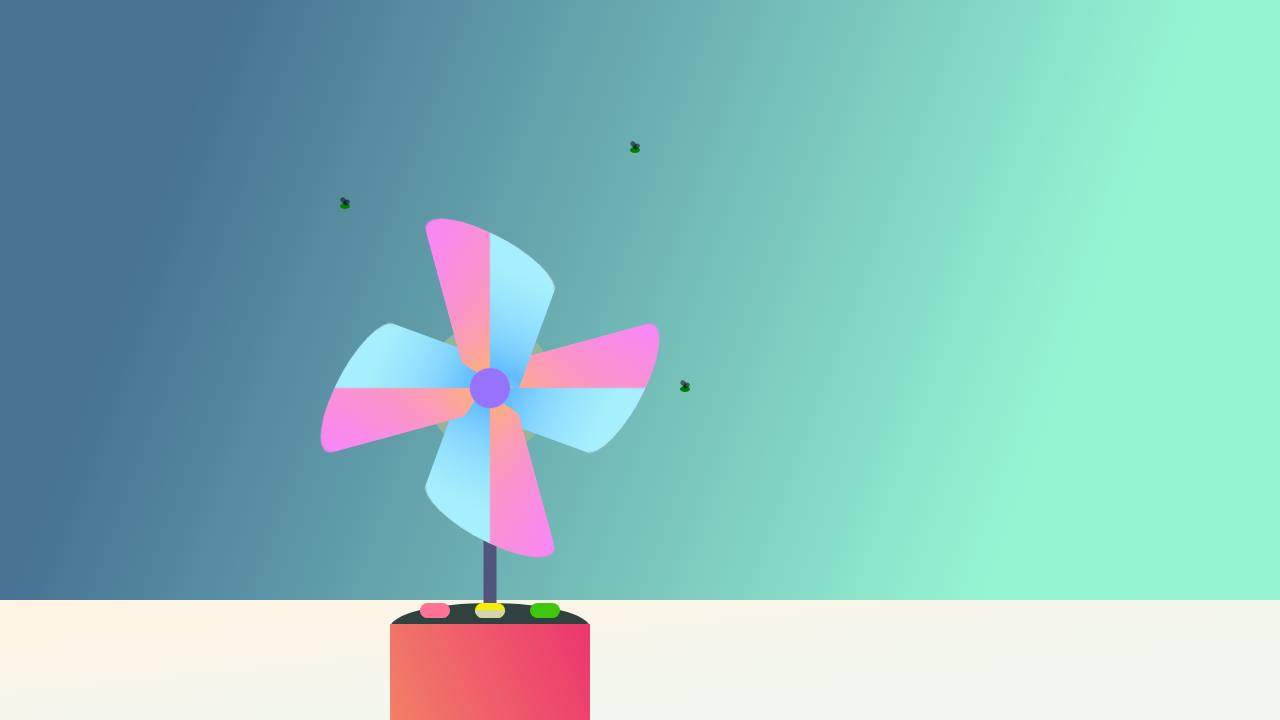
Repository: VuTuanAnh0949/CodeFan
Page: dsd.html
An editor plug-in stored every save of this project. The page is shown before and after the next save, followed by the edit.
The browser window is 1280 px wide. The pictures show the whole page.

Above is the page before, as saved 2022-06-22 12:49:58.

### dsd.html
<!DOCTYPE html>
<html lang="en">
<head>
    <meta charset="UTF-8">
    <meta http-equiv="X-UA-Compatible" content="IE=edge">
    <meta name="viewport" content="width=device-width, initial-scale=1.0">
    <title>Document</title>
    <link rel="stylesheet" href="style.css">
</head>
<body>
    <audio  autoplay>
        <source src="ChillTikTok.mp3" type="audio/mpeg">
      </audio>
    <div class="windows">
        <div class="window"></div>

    </div>
    <div class="fan">
        <div class="fan__root"> <span class="top"> <label class="green" for="engine"></label> <label class="yellow"
                    for="engine2"></label> <label class="pink" for="jack"></label> </span> <span class="bottom"></span>
        </div>
        <div class="fan__staddle"></div> <input type="checkbox" id="jack" hidden />
        <div class="head">
            <div class="fan__engine"> <span class="center"></span> </div> <input type="checkbox" id="engine" hidden
                checked />
            <div> <span class="fly"></span> <span class="fly"></span> <span class="fly"></span>
                <div class="fan__blades"> <input type="checkbox" id="engine2" hidden checked />
                    <div class="fan__blades">
                        <div class="center"></div>
                        <div class="blade"><span></span></div>
                        <div class="blade"><span></span></div>
                        <div class="blade"><span></span></div>
                        <div class="blade"><span></span></div>
                    </div>
                </div>
            </div>
        </div>
    </div>

</body>
</html>

### style.css
html {
    overflow: hidden;
}

body {
    overflow: hidden;
    margin: 0;
    padding: 0;
    background-image: linear-gradient( 110.5deg,  rgba(71,114,148,1) 14.9%, rgba(149,245,211,1) 77.9% );
    display: flex;
    justify-content: center;
    align-items: center;
    width: 100vw;
    height: 100vh;
    position: relative;
}
audio{
    z-index: 10;
   padding-right:100px;
    margin-right: 40px;
}
body::after {
    position: absolute;
    width: 100%;
    content: "";
    height: calc(100% - 600px);
    z-index: 0;
    background-image: linear-gradient( 174.2deg,  rgba(255,244,228,1) 7.1%, rgba(240,246,238,1) 67.4% );
    bottom: 0;
}
@keyframes spin {
    from {
        transform: rotate(0deg);
    }

    to {
        transform: rotate(360deg);
    }
}

@keyframes off {
    to {
        transform: rotate(380deg);
    }
}

@keyframes off2 {
    to {
        transform: rotate(880deg);
    }
}

@keyframes fly {
    to {
        margin-top: 50px;
    }
}

span {
    display: block;
}

.windows {
    width: 100vw;
    height: 100vh;
    position: absolute;
    z-index: 0;
    top: 0;
    left: 0;
    display: flex;
    align-content: flex-start;
}


.fly {
    transition: 0.5s all cubic-bezier(0.04, 0.06, 0, 1.18), 1s transform;
    width: 10px;
    height: 6px;
    background: green;
    border-radius: 50%;
    position: absolute;
    animation: fly 5s alternate infinite ease-in-out;
}

.fly:nth-of-type(1) {
    top: -78px;
    left: -200px;
}

.fly:nth-of-type(2) {
    transform: translateY(-10px);
    animation-delay: 4s;
    top: 5px;
    right: -250px;
}

.fly:nth-of-type(3) {
    transform: translateY(0px);
    top: 400px;
    animation-delay: 2s;
    right: -400px;
}

.fly::after,
.fly::before {
    content: "";
    position: absolute;
    width: 7px;
    height: 5px;
    background-color: rgba(0, 0, 0, 0.5);
    display: block;
    border-radius: 50%;
}

.fly::before {
    bottom: 4px;
    transform: rotate(325deg);
    left: 3px;
}

.fly::after {
    transform: rotate(45deg);
    bottom: 6px;
}

.fan {
    width: 500px;
    height: 500px;
    position: relative;
    z-index: 1;
    margin-top: 75px;
    perspective: 500px;
    margin-right: 300px;
}

.fan::after {
    content: "";
    display: block;
    position: absolute;
    height: 500px;
    width: 200px;
    background-image: linear-gradient( 68.3deg,  rgba(245,177,97,1) 0.4%, rgba(236,54,110,1) 100.2% );
    top: calc(100% - 24px);
    left: calc(50% - 100px);

}

.fan__root {
    width: 200px;
    position: absolute;
    bottom: 0;
    left: 50%;
    transform: translateX(-50%);
}

.fan__root .top {
    overflow: hidden;
    width: 200px;
    height: 25px;
    position: relative;
}

.fan__root .top::after {
    content: "";
    display: block;
    width: 200px;
    height: 50px;
    background: #2f423f;
    border-radius: 50%;
}

.fan__root .top .green {
    position: absolute;
    width: 30px;
    height: 15px;
    border-radius: 15px;
    display: block;
    right: 30px;
    background: #3EC70B;
    cursor: pointer;
    overflow: hidden;
}

.fan__root .top .yellow {
    position: absolute;
    width: 30px;
    height: 15px;
    border-radius: 15px;
    display: block;
    right: 85px;
    background: #F7EC09;
    cursor: pointer;
    overflow: hidden;
}

.fan__root .top .yellow::after {
    content: "";
    display: block;
    width: 100%;
    height: 50%;
    position: absolute;
    bottom: 0;
    background: #F7EC09;
}

.fan__root .top .yellow::after {
    content: "";
    display: block;
    width: 100%;
    height: 50%;
    position: #F7EC09;
    bottom: 0;
    background: #D6D5A8;
}

.fan__root .top .pink {
    position: absolute;
    cursor: pointer;
    width: 30px;
    height: 15px;
    border-radius: 15px;
    display: block;
    left: 30px;
    background: #FF7396;
    overflow: hidden;
}

.fan__root .top .pink::after {
    content: "";
    display: block;
    width: 100%;
    height: 50%;
    position: absolute;
    bottom: 0;
    background: #FF7396;
}

.fan__root .bottom {
    overflow: hidden;
    width: 500px;
    height: 20px;
}

.fan__root .bottom::after {
    content: "";
    display: block;
    width: 200px;
    height: 40px;
    background: #2f423f;
    border-radius: 18%;
    transform: translateY(-30px);
}

.fan__staddle {
    position: absolute;
    bottom: 45px;
    background: #51557E;
    height: 270px;
    width: 13px;
    left: 50%;
    transform: translateX(-50%);
}

.fan__engine {
    position: absolute;
    bottom: 0px;
    width: 130px;
    height: 130px;
    background: #94B49F;
    border-radius: 50%;
    left: 50%;
    transform: translateX(-50%);
}

.fan__engine::after {
    content: "";
    background: red;
    display: block;
    width: 25px;
    height: 50px;
    position: absolute;
    top: 105px;
    left: 50%;
    transform: translateX(-50%);
    border-radius: 0 0 5px 5px;
}

.fan__blades {
    width: 230px;
    height: 230px;
    position: absolute;
    bottom: -50px;
    transition: 2s;
    transform-origin: center center;
    left: calc(50% - 115px);
    z-index: 1;
    animation: spin infinite 0.38s linear forwards;
}

.fan__blades .fan__blades {
    bottom: 0;
    animation: spin infinite 0.5s linear forwards;
}

.fan__blades .blade {
    position: absolute;
    width: 80px;
    height: 100%;
    left: 50%;
    transform: translateX(-50%) skewY(25deg);
    perspective: 500px;
    transform-style: preserve-3d;
}

.fan__blades .blade:nth-child(2) {
    transform: translateX(-50%) rotate(90deg) skewY(25deg);
}

.fan__blades .blade:nth-child(3) {
    transform: translateX(-50%) rotate(180deg) skewY(25deg);
}

.fan__blades .blade:nth-child(4) {
    transform: translateX(-50%) rotate(270deg) skewY(25deg);
}

.fan__blades .blade span {
    width: 100%;
    height: 200%;
    border-radius: 44px;
    background-image: linear-gradient( 102.4deg,  rgba(253,189,85,1) 7.8%, rgba(249,131,255,1) 100.3% );;
    position: absolute;
    top: -66px;
    display: block;
    transform-style: preserve-3d;
    transform: rotateX(81deg);
    overflow: hidden;
}

.fan__blades .blade span::after {
    width: 50%;
    height: 100%;
    content: "";
    display: block;
    background-image: radial-gradient( circle farthest-corner at 10% 20%,  rgba(97,186,255,1) 0%, rgba(166,239,253,1) 90.1% );
    transform: rotate(0deg);
}

.fan__blades .center {
    position: absolute;
    overflow: hidden;
    width: 40px;
    height: 40px;
    border-radius: 50%;
    left: 50%;
    top: 50%;
    transform: translate(-50%, -50%) rotate(45deg);
    background: #9772FB;
    z-index: 2;
}

.fan__blades .center::after {
    display: block;
    content: "";
    width: 40px;
    height: 20px;
    background: #9772FB;
}

.head {
    transition: 1s transform;
    height: auto;
    width: auto;
    position: absolute;
    width: 300px;
    height: 300px;
    bottom: 195px;
    left: calc(50% - 150px);
    /* transform: translateX(-50%); */
}

#engine:checked+div>div {
    animation: off2 1s ease-out forwards;
}

#engine:checked+div>span:nth-child(1) {
    transition: 5s all ease-in-out, 1s transform;
    left: 0px;
    top: 0px;
}

#engine:checked+div>span:nth-child(2) {
    transition: 5s all ease-in-out, 1s transform;
    right: 0px;
    top: 0px;
}

#engine:checked+div>span:nth-child(3) {
    transition: 7s all ease-in-out, 1s transform;
    right: -50px;
    top: 200px;
}

#engine2:checked+div {
    animation: off 1s ease-out forwards;
}

#jack:checked+div {
    transform: translateY(-115px);
}

#jack:checked+div>div:nth-child(3)>span {
    transform: translateY(115px);
}

After the next save:
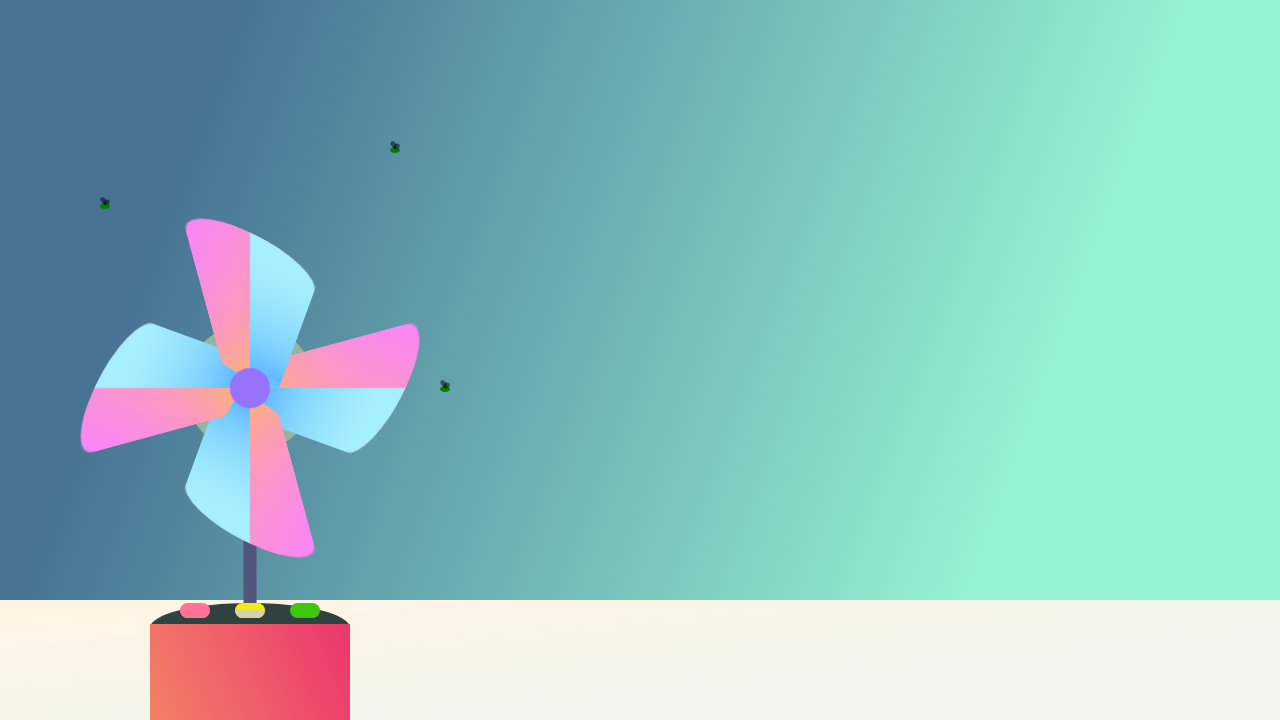
Saved 7 s later.
--- a/style.css
+++ b/style.css
@@ -130,7 +130,7 @@ span {
     z-index: 1;
     margin-top: 75px;
     perspective: 500px;
-    margin-right: 300px;
+    margin-right: auto;
 }
 
 .fan::after {
